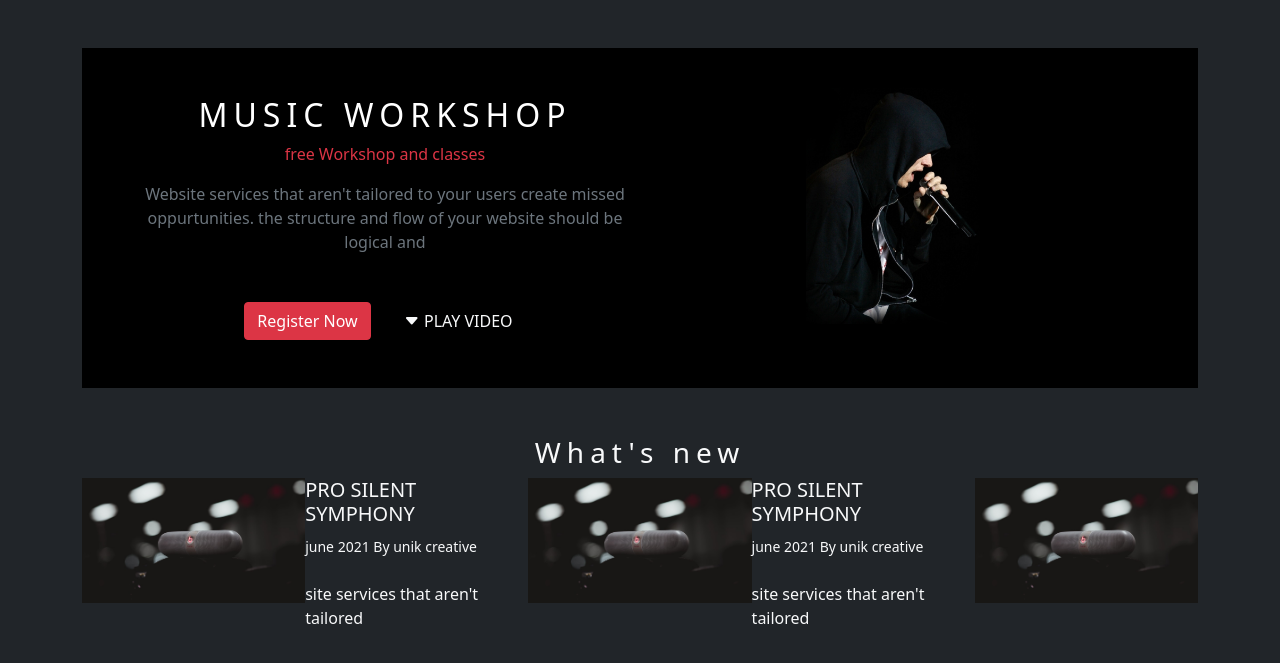
Repository: Eugene44-hub/music-workshop-site
Page: index.html
An editor plug-in stored every save of this project. The page is shown before and after a run of saves, followed by the edit.
The browser window is 1280 px wide. The pictures show the whole page.
Some web libraries are served in a nearby version.

Above is the page before, as saved 2021-10-22 17:12:09.

After the next 2 saves:
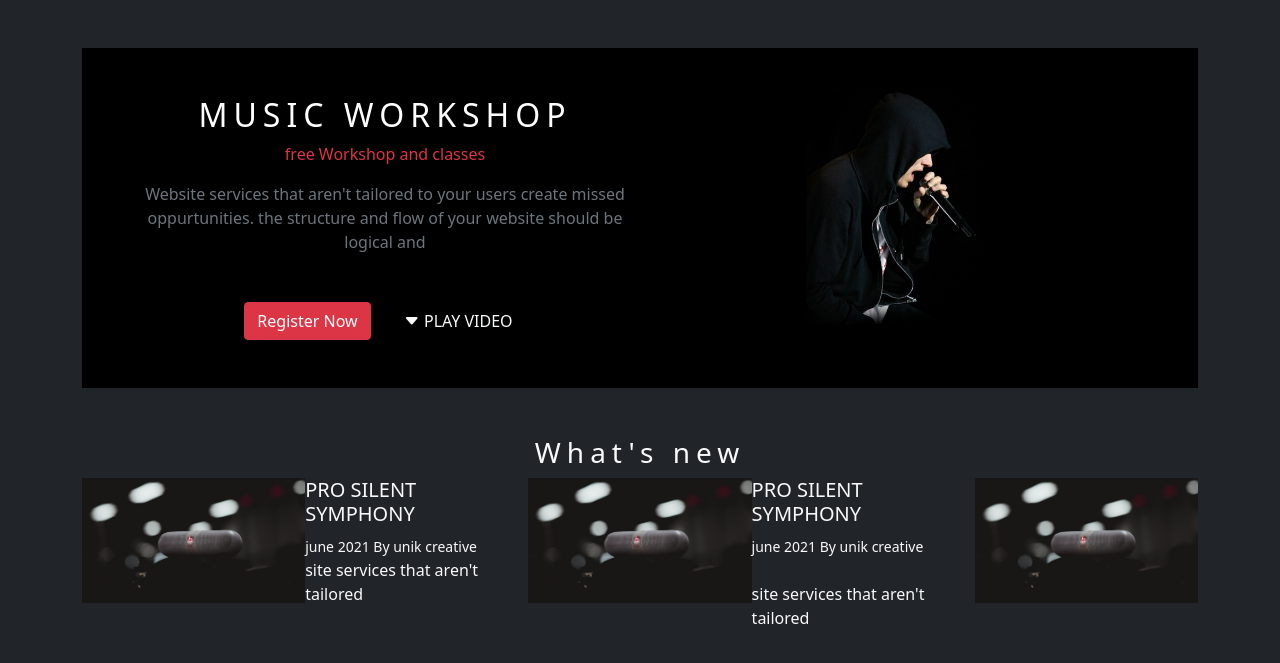
The 2 saves are shown as one change because they came seconds apart.
The last was saved 22 s later.
--- a/index.html
+++ b/index.html
@@ -47,7 +47,7 @@
                         PRO SILENT <br> SYMPHONY
                     </h4>
                     <small>june 2021 By unik creative</small>
-                    <p class="mt-4">site services that aren't tailored</p>
+                    <p class="">site services that aren't tailored</p>
                 </div>
                 <div class="col-md">
                     <img src="images/speaker.jpg" class="img-fluid" alt="">
